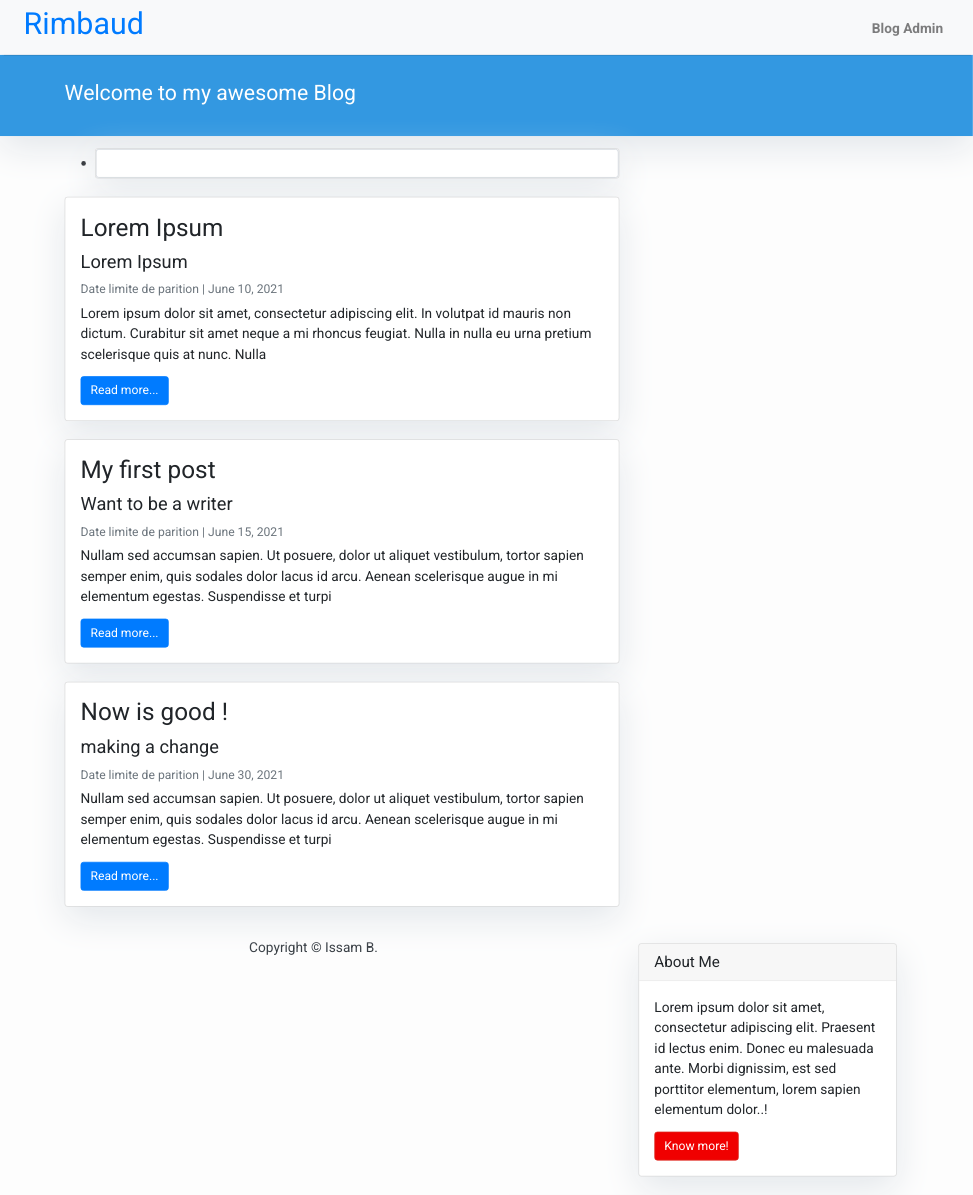
Repository: IssamBouzidi/rimbaud
Page: http://localhost/
An editor plug-in stored every save of this project. The page is shown before and after the next save, followed by the edit.
The browser window is 1280 px wide. The pictures show the whole page, at 76% of full size.
The page is served by the project's application, run on Django 3.2 (manage.py). The page reads the database file committed with the project.

Above is the page before, as saved 2021-06-04 01:28:41.

After the next save:
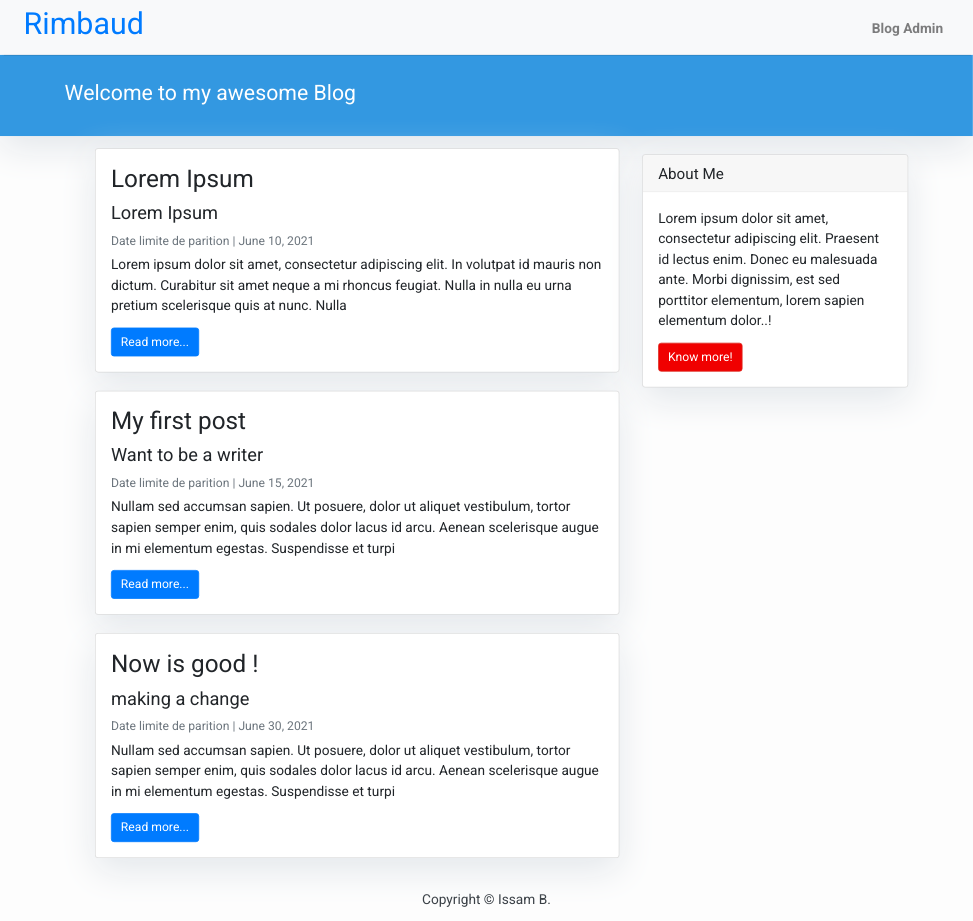
Saved 28 s later.
--- a/blog/templates/detail_article.html
+++ b/blog/templates/detail_article.html
@@ -1,9 +1,5 @@
 <ul>
-    <li>
-        <div class="card mb-4">
-            <input type="text" class="form-control title_box search_box" id="title_box" aria-describedby="emailHelp"></li>
-        </div>
-            {% for article in articles %}
+    {% for article in articles %}
     <div class="card mb-4">
         <div class="card-body">
             <h2 class="card-title">{{ article.title }}</h2>
